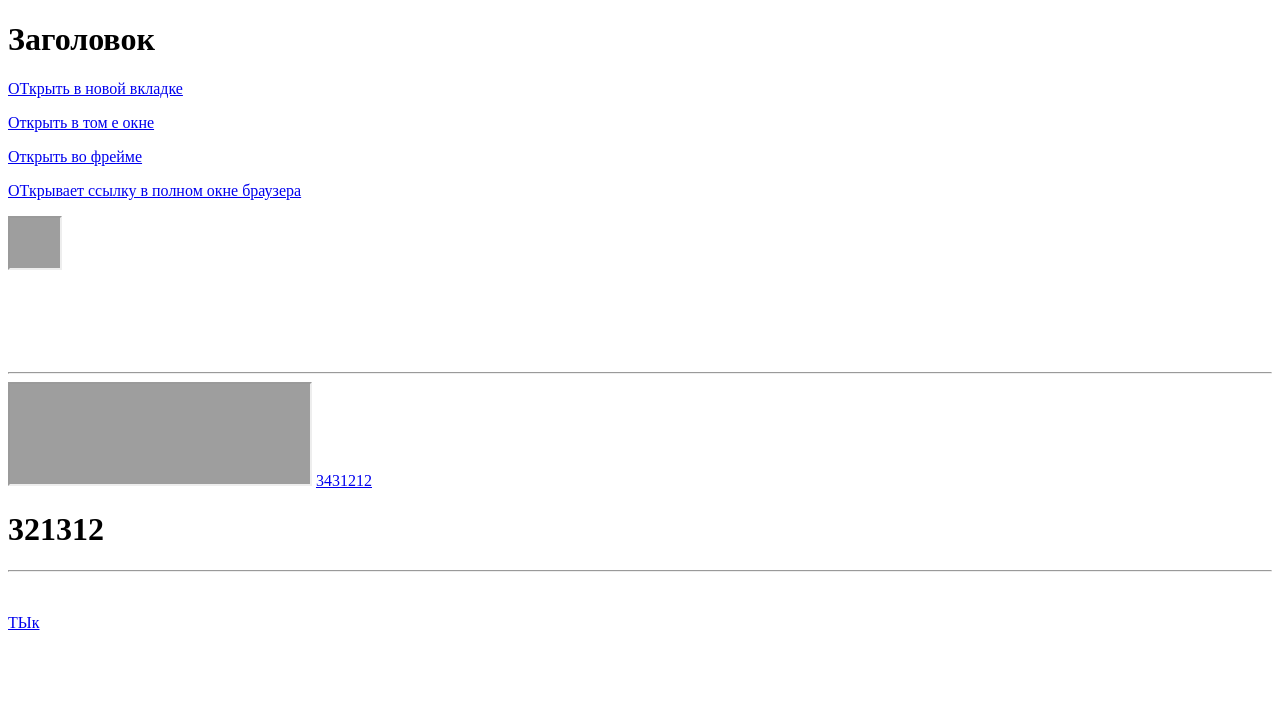
Repository: sannikovcode/exercises-a1
Page: JS/test1/task4/index.html
An editor plug-in stored every save of this project. The page is shown before and after the next save, followed by the edit.
The browser window is 1280 px wide. The pictures show the whole page.
Pictures or frames that could not be fetched are drawn as grey boxes.

Above is the page before, as saved 2025-10-17 10:07:34.

After the next save:
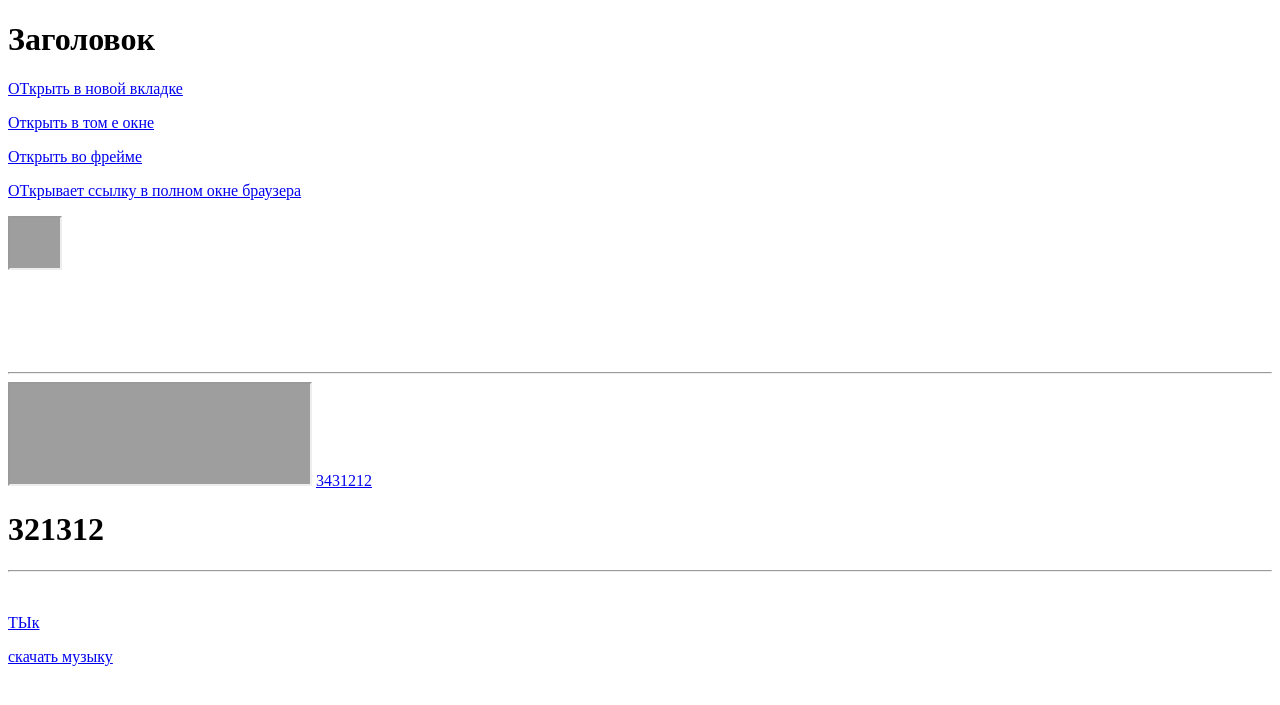
Saved 116 s later.
--- a/JS/test1/task4/index.html
+++ b/JS/test1/task4/index.html
@@ -36,7 +36,7 @@
 <p><a href="https://example.com" target="_blank" rel="noopener nofollow noreferrer">ТЫк</a></p>
 
 
-
+<p><a href="music.mp3" download="newname123.mp3">скачать музыку</a></p>
 
 
 
